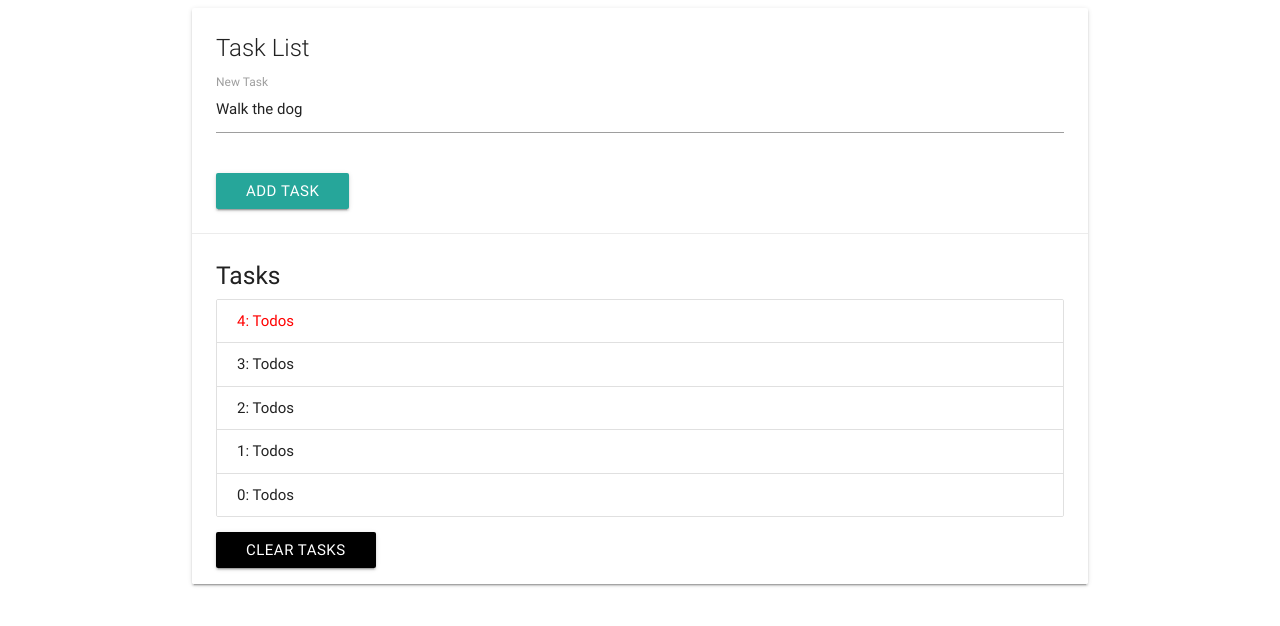
Repository: brianokanga/modern-javascript
Page: Section 3/index.html
An editor plug-in stored every save of this project. The page is shown before and after the next save, followed by the edit.
The browser window is 1280 px wide. The pictures show the whole page.
Some web libraries are served in a nearby version.

Above is the page before, as saved 2020-04-03 02:54:40.

### Section 3/index.html
<!DOCTYPE html>
<html lang="en">

<head>
  <meta charset="UTF-8">
  <meta name="viewport" content="width=device-width, initial-scale=1.0">
  <meta http-equiv="X-UA-Compatible" content="ie=edge">
  <link rel="stylesheet" href="https://cdnjs.cloudflare.com/ajax/libs/materialize/0.100.2/css/materialize.min.css">
  <link href="https://maxcdn.bootstrapcdn.com/font-awesome/4.7.0/css/font-awesome.min.css" rel="stylesheet" integrity="sha384-wvfXpqpZZVQGK6TAh5PVlGOfQNHSoD2xbE+QkPxCAFlNEevoEH3Sl0sibVcOQVnN"
    crossorigin="anonymous">
  <title>Task List</title>
</head>

<body>
  <div class="container">
    <div class="row">
      <div class="col s12">
        <div id="main" class="card">
          <div class="card-content">
            <span class="card-title">Task List</span>
            <div class="row">
              <form id="task-form">
                <div class="input-field col s12">
                  <input type="text" name="task" id="task" value="Walk the dog">
                  <label for="task">New Task</label>
                </div>
            </div>
            <input type="submit" value="Add Task" class="btn">
            </form>
          </div>
          <div class="card-action">
            <h5 id="task-title">Tasks</h5>
            <ul class="collection">
              <li class="collection-item">
                List Item
                <a href="#" class="delete-item secondary-content">
                  <i class="fa fa-remove"></i>
                </a>
              </li>
              <li class="collection-item">
                List Item
                <a href="#" class="delete-item secondary-content">
                  <i class="fa fa-remove"></i>
                </a>
              </li>
              <li class="collection-item">
                List Item
                <a href="#" class="delete-item secondary-content">
                  <i class="fa fa-remove"></i>
                </a>
              </li>
              <li class="collection-item">
                List Item
                <a href="#" class="delete-item secondary-content">
                  <i class="fa fa-remove"></i>
                </a>
              </li>
              <li class="collection-item">
                List Item
                <a href="#" class="delete-item secondary-content">
                  <i class="fa fa-remove"></i>
                </a>
              </li>
            </ul>
            <a class="clear-tasks btn black" href="">Clear Tasks</a>
          </div>
        </div>
      </div>
    </div>
  </div>
  <script src="https://code.jquery.com/jquery-3.2.1.js" integrity="sha256-DZAnKJ/6XZ9si04Hgrsxu/8s717jcIzLy3oi35EouyE=" crossorigin="anonymous"></script>
  <script src="https://cdnjs.cloudflare.com/ajax/libs/materialize/0.100.2/js/materialize.min.js"></script>
  <script src="app.js"></script>
</body>

</html>

### Section 3/app.js
// let val ;
// val = document;
// val = document.all;
// val = document.all[2];
// val = document.all.length;
// val = document.head;
// val = document.body;
// val = document.domain;
// val = document.URL;
// val = document.characterSet;
// val = document.contentType;

// val = document.forms;
// val = document.forms[0];
// val = document.forms[0].id;
// val = document.forms[0].method;
// val = document.forms[0].action;



// val = document.links;
// val = document.links[0];
// val = document.links[0].id;
// val = document.links[0].className;
// val = document.links[0].classList[0];

// val = document.images;

// val = document.scripts;
// val = document.scripts[2].getAttribute('src');


// let scripts = document.scripts;

// let scriptsArr = Array.from(scripts);

// scriptsArr.forEach(function(script){
//     console.log(scripts);
// })

// // console.log(val);

// //JS SELECTORS

// //1. getElementById
// //console.log(document.getElementById('task-title'));
// // console.log(document.getElementById('task-title').id);
// // console.log(document.getElementById('task-title').className);

// const taskTitle = document.getElementById('task-title');

// //change styling
// taskTitle.style.background = '#333';
// taskTitle.style.color = '#fff';
// taskTitle.style.padding = '5px';

// // change the content
// taskTitle.textContent = 'Task lists';
// taskTitle.innerText = 'My Tasks';
// taskTitle.innerHTML = '<span style="color: red">Task List</span>';

// //2. Document.querySelector()
// console.log(document.querySelector('#task-title'));
// console.log(document.querySelector('.card-title'));

// document.querySelector('li').style.color = 'red';
// document.querySelector('li:last-child').style.color = 'red';
// document.querySelector('li:nth-child(3)').style.color = 'yellow';
// document.querySelector('li:nth-child(4)').textContent = 'we there';
// document.querySelector('li:nth-child(odd)').style.background = 'gray';
// document.querySelector('li:nth-child(even)').style.background = 'purple';

//documents.getElementsByClassName
// const items = document.getElementsByClassName('collection-item');
// console.log(items);
// console.log(items[0]);

// items[0].style.color = 'red';
// items[3].textContent = 'majukumu';

// const listItems = document.querySelector('ul').getElementsByClassName = ('collection-item');

//getElementsByTagName
let lis = document.getElementsByTagName('li');
console.log(lis);
console.log(lis[0]);
lis[0].style.color = 'red';
lis[3].textContent = 'majukumu';

//Convert HTML collection into array
lis = Array.from(lis);

lis.reverse();

lis.forEach(function(li, index){
    console.log(li.className);
    li.textContent = `${index}: Todos`
});

console.log(lis);

After the next save:
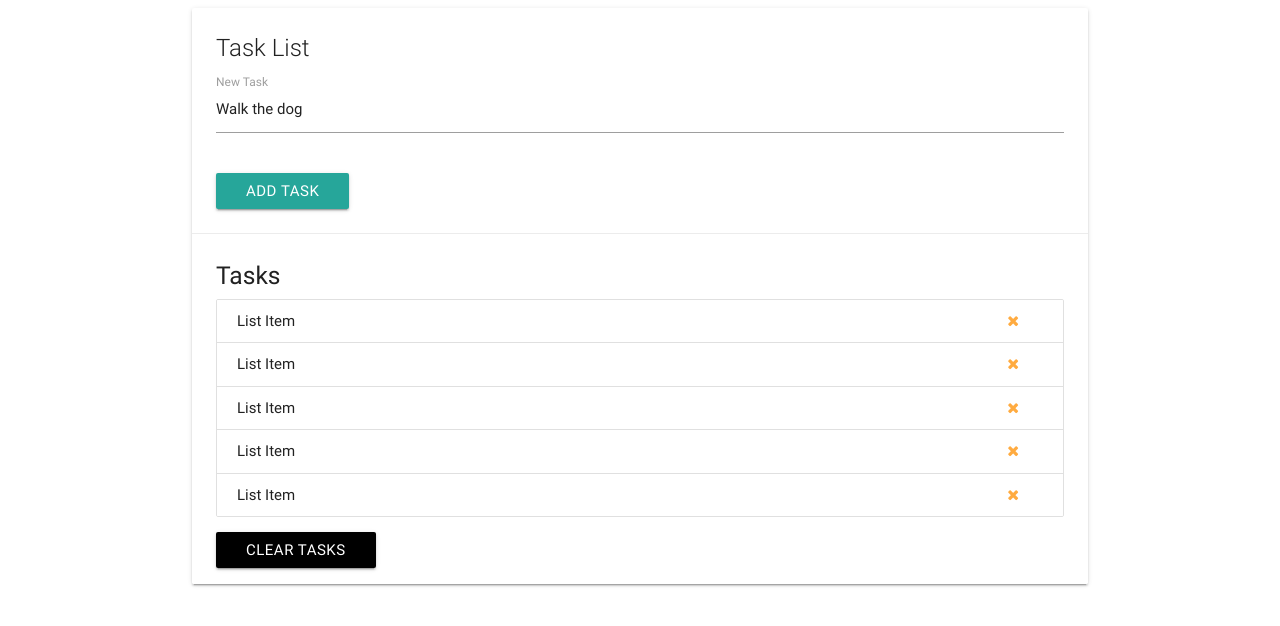
Saved 27 s later.
--- a/Section 3/app.js
+++ b/Section 3/app.js
@@ -81,20 +81,20 @@
 // const listItems = document.querySelector('ul').getElementsByClassName = ('collection-item');
 
 //getElementsByTagName
-let lis = document.getElementsByTagName('li');
-console.log(lis);
-console.log(lis[0]);
-lis[0].style.color = 'red';
-lis[3].textContent = 'majukumu';
+// let lis = document.getElementsByTagName('li');
+// console.log(lis);
+// console.log(lis[0]);
+// lis[0].style.color = 'red';
+// lis[3].textContent = 'majukumu';
 
-//Convert HTML collection into array
-lis = Array.from(lis);
+// //Convert HTML collection into array
+// lis = Array.from(lis);
 
-lis.reverse();
+// lis.reverse();
 
-lis.forEach(function(li, index){
-    console.log(li.className);
-    li.textContent = `${index}: Todos`
-});
+// lis.forEach(function(li, index){
+//     console.log(li.className);
+//     li.textContent = `${index}: Todos`
+// });
 
-console.log(lis);
+// console.log(lis);
